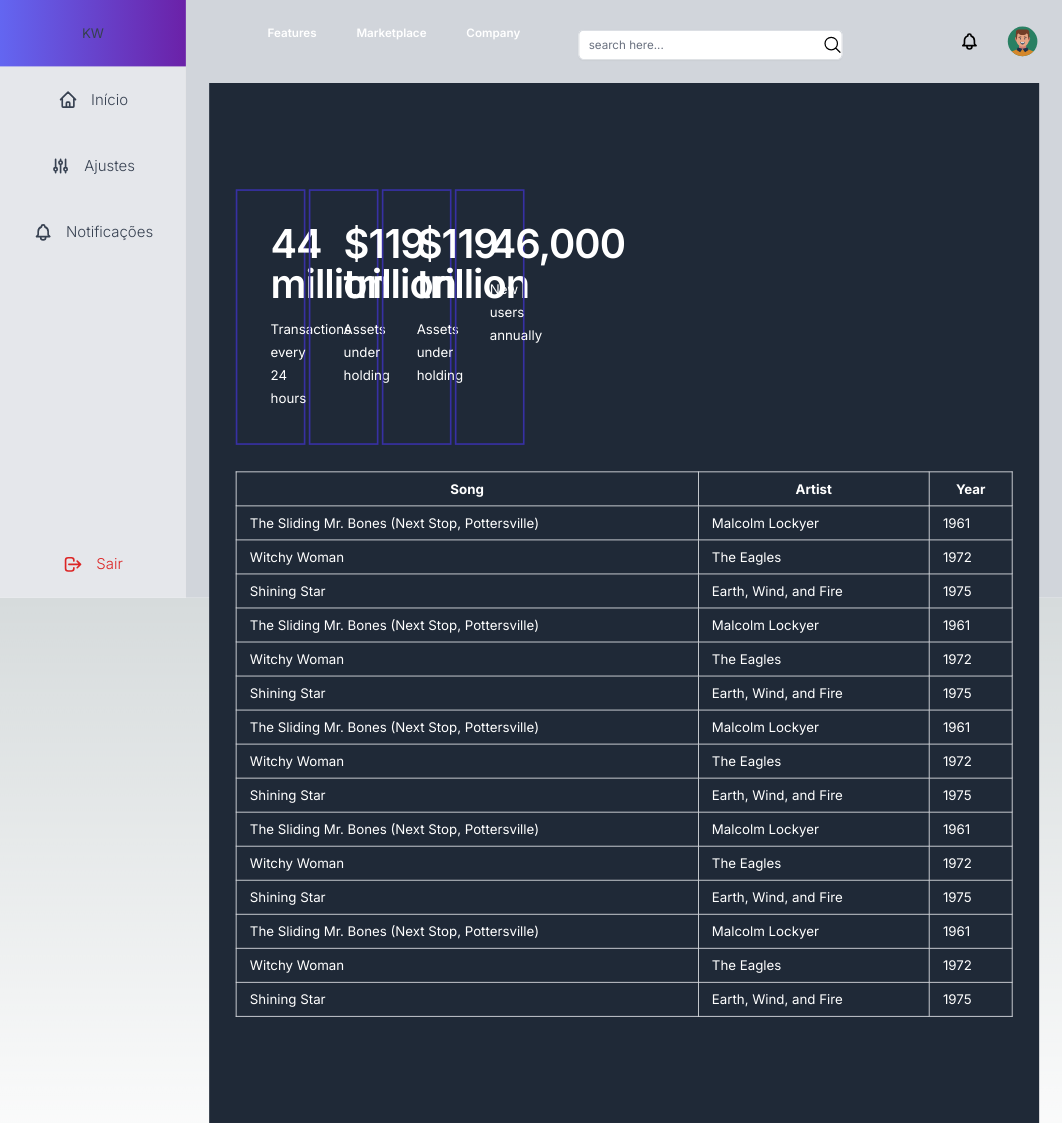
Repository: KennedyWanderson/AdminDashboard
Page: / (app in Code/admindashboard/)
The author's editor kept a copy of each file at every save. The page is drawn from the files as they stood at one save, then again after the next save.
The browser window is 1280 px wide. The pictures show the whole page, at 83% of full size.
The project was rebuilt for these pictures with package versions that can differ from the ones it lists, and the page was loaded fresh each time. The framework's server and built-in components were replaced by stand-ins that run in the browser. Also part of the build but not shown: Code/admindashboard/next.config.mjs.

Above is the page before, as saved 2024-06-23 16:18:22.

### Code/admindashboard/src/app/layout.js
import { Inter } from "next/font/google";
import "./globals.css";

const inter = Inter({ subsets: ["latin"] });

export const metadata = {
  title: "Admin Dashboard",
  description: "Generated by Kennedy Wanderson",
};

export default function RootLayout({ children }) {
  return (
    <html lang="en">
      <body className={inter.className}>{children}</body>
    </html>
  );
}

### Code/admindashboard/src/app/page.js
import Layout from "@/components/Layout";

export default function Home() {
  return (
    <Layout>
      Content
    </Layout>
  )
}

### Code/admindashboard/src/components/Layout.jsx
"use client";

import { useState } from "react";
import Content from "./Content";
import Header from "./Header";
import LateralMenu from "./LateralMenu";
import HomePage from "./Home";


export default function Layout() {
    const [activeComponent, setActiveComponent] = useState("HomePage");

    const renderActiveComponent = () => {
        switch (activeComponent) {
            case "HomePage":
                return <HomePage />;
            default:
                return <HomePage />;
        }
    };

    return (
        <div className={`flex h-screen w-screen`}>
            <LateralMenu setActiveComponent={setActiveComponent} />
            <div className={`
                flex flex-col w-full p-7
                bg-gray-300 dark:bg-gray-800
            `}>
                <Header />
                <Content>
                    {renderActiveComponent()}
                </Content>
            </div>
        </div>
    );
}

### Code/admindashboard/src/components/Content.jsx
export default function Content({ children }) {
    return (
        <div className={`
            flex flex-col mt-7
            dark:text-gray-200
        `}>
            {children}
        </div>
    );
}

### Code/admindashboard/src/components/Header.jsx
import AvatarUsuario from "./UserAvatar";
import { IconeSearch, IconeSino } from "./icons";

export default function Header({ titulo, subtitulo }) {


    return (
        <div className={`flex`}>
            <div>
                <h1 className={`
                font-black text-3xl
                text-gray-900 dark:text-gray-100
            `}>
                    {titulo}
                </h1>
                <h2 className={`
                font-light text-sm
                dark:text-gray-300
            `}>
                    {subtitulo}
                </h2>
            </div>
            <header className="flex flex-grow justify-center text-white">
                <nav className=" justify-center" aria-label="Global">

                    <div className="hidden lg:flex lg:gap-x-12">

                        <a href="#" className="text-sm font-semibold leading-6 text-white">Features</a>
                        <a href="#" className="text-sm font-semibold leading-6 text-white">Marketplace</a>
                        <a href="#" className="text-sm font-semibold leading-6 text-white">Company</a>
                    </div>


                </nav>

            </header>
            <div>
                <div className="relative mt-2 rounded-md shadow-sm">
                    <div className="pointer-events-none absolute inset-y-0 left-0 flex items-center pl-3">
                        <span className="text-gray-500 sm:text-sm">search here...</span>
                    </div>
                    <input type="text" name="search" id="search" className="block w-full rounded-md border-0 py-1.5 pl-7 pr-20 text-gray-900 ring-1 ring-inset ring-gray-300 placeholder:text-gray-400 focus:ring-2 focus:ring-inset focus:ring-indigo-600 sm:text-sm sm:leading-6" />
                    <div className="absolute inset-y-0 right-0 flex items-center">
                        {IconeSearch}
                    </div>
                </div>
            </div>

            <div className={`flex flex-grow justify-end items-center gap-8`}>

                {IconeSino}
                <AvatarUsuario />
            </div>
        </div>
    )
}

### Code/admindashboard/src/components/LateralMenu.jsx
"use client";

import MenuItem from "./ItemMenu";
import { IconeAjustes, IconeCasa, IconeSair, IconeSino } from "./icons";

export default function LateralMenu({ setActiveComponent }) {
    return (
        <aside className={`
            flex flex-col items-center
            bg-gray-200 text-gray-700
            dark:bg-gray-900
        `}>
            <div className={`
                flex flex-col items-center justify-center
                bg-gradient-to-r from-indigo-500 to-purple-800
                h-20 w-56
            `}>
                KW
            </div>
            <ul className="flex-grow">
                <MenuItem
                    texto="Início"
                    icone={IconeCasa}
                    onClick={() => setActiveComponent('HomePage')}
                />
                <MenuItem
                    texto="Ajustes"
                    icone={IconeAjustes}
                    onClick={() => setActiveComponent('Ajustes')}
                />
                <MenuItem
                    texto="Notificações"
                    icone={IconeSino}
                    onClick={() => setActiveComponent('Notificacoes')}
                />
            </ul>
            <ul>
                <MenuItem
                    texto="Sair"
                    icone={IconeSair}
                    className={`
                        text-red-600 dark:text-red-400
                        hover:bg-red-400 hover:text-white
                        dark:hover:text-white
                    `}
                />
            </ul>
        </aside>
    );
}

### Code/admindashboard/src/components/Home.jsx
export default function HomePage() {
    return (
        <div className="py-24 sm:py-32 bg-gray-800">
            <div className="mx-auto max-w-7xl px-6 lg:px-8">
                <dl className="grid grid-cols-1 gap-x-8 gap-y-16 text-center w-80 lg:grid-cols-4">
                    <div className="mx-auto flex max-w-xs flex-col w-full border-2 p-10 border-indigo-800 gap-y-4">
                        <dt className="text-base leading-7 text-white">Transactions every 24 hours</dt>
                        <dd className="order-first text-3xl font-semibold tracking-tight text-white sm:text-5xl">44 million</dd>
                    </div>
                    <div className="mx-auto flex max-w-xs flex-col w-full border-2 p-10 border-indigo-800 gap-y-4">
                        <dt className="text-base leading-7 text-white">Assets under holding</dt>
                        <dd className="order-first text-3xl font-semibold tracking-tight text-white sm:text-5xl">$119 trillion</dd>
                    </div>
                    <div className="mx-auto flex max-w-xs flex-col w-full border-2 p-10 border-indigo-800 gap-y-4">
                        <dt className="text-base leading-7 text-white">Assets under holding</dt>
                        <dd className="order-first text-3xl font-semibold tracking-tight text-white sm:text-5xl">$119 trillion</dd>
                    </div>
                    <div className="mx-auto flex max-w-xs flex-col w-full border-2 p-10 border-indigo-800 gap-y-4">
                        <dt className="text-base leading-7 text-white">New users annually</dt>
                        <dd className="order-first text-3xl font-semibold tracking-tight text-white sm:text-5xl">46,000</dd>
                    </div>
                </dl>

                <table className="table-auto w-full mt-8 text-white">
                    <thead>
                        <tr className="">
                            <th className="px-4 py-2 border">Song</th>
                            <th className="px-4 py-2 border">Artist</th>
                            <th className="px-4 py-2 border">Year</th>
                        </tr>
                    </thead>
                    <tbody>
                        <tr className="">
                            <td className="px-4 py-2 border">The Sliding Mr. Bones (Next Stop, Pottersville)</td>
                            <td className="px-4 py-2 border">Malcolm Lockyer</td>
                            <td className="px-4 py-2 border">1961</td>
                        </tr>
                        <tr className="">
                            <td className="px-4 py-2 border">Witchy Woman</td>
                            <td className="px-4 py-2 border">The Eagles</td>
                            <td className="px-4 py-2 border">1972</td>
                        </tr>
                        <tr className="">
                            <td className="px-4 py-2 border">Shining Star</td>
                            <td className="px-4 py-2 border">Earth, Wind, and Fire</td>
                            <td className="px-4 py-2 border">1975</td>
                        </tr>
                        <tr className="">
                            <td className="px-4 py-2 border">The Sliding Mr. Bones (Next Stop, Pottersville)</td>
                            <td className="px-4 py-2 border">Malcolm Lockyer</td>
                            <td className="px-4 py-2 border">1961</td>
                        </tr>
                        <tr className="">
                            <td className="px-4 py-2 border">Witchy Woman</td>
                            <td className="px-4 py-2 border">The Eagles</td>
                            <td className="px-4 py-2 border">1972</td>
                        </tr>
                        <tr className="">
                            <td className="px-4 py-2 border">Shining Star</td>
                            <td className="px-4 py-2 border">Earth, Wind, and Fire</td>
                            <td className="px-4 py-2 border">1975</td>
                        </tr>
                        <tr className="">
                            <td className="px-4 py-2 border">The Sliding Mr. Bones (Next Stop, Pottersville)</td>
                            <td className="px-4 py-2 border">Malcolm Lockyer</td>
                            <td className="px-4 py-2 border">1961</td>
                        </tr>
                        <tr className="">
                            <td className="px-4 py-2 border">Witchy Woman</td>
                            <td className="px-4 py-2 border">The Eagles</td>
                            <td className="px-4 py-2 border">1972</td>
                        </tr>
                        <tr className="">
                            <td className="px-4 py-2 border">Shining Star</td>
                            <td className="px-4 py-2 border">Earth, Wind, and Fire</td>
                            <td className="px-4 py-2 border">1975</td>
                        </tr>
                        <tr className="">
                            <td className="px-4 py-2 border">The Sliding Mr. Bones (Next Stop, Pottersville)</td>
                            <td className="px-4 py-2 border">Malcolm Lockyer</td>
                            <td className="px-4 py-2 border">1961</td>
                        </tr>
                        <tr className="">
                            <td className="px-4 py-2 border">Witchy Woman</td>
                            <td className="px-4 py-2 border">The Eagles</td>
                            <td className="px-4 py-2 border">1972</td>
                        </tr>
                        <tr className="">
                            <td className="px-4 py-2 border">Shining Star</td>
                            <td className="px-4 py-2 border">Earth, Wind, and Fire</td>
                            <td className="px-4 py-2 border">1975</td>
                        </tr>
                        <tr className="">
                            <td className="px-4 py-2 border">The Sliding Mr. Bones (Next Stop, Pottersville)</td>
                            <td className="px-4 py-2 border">Malcolm Lockyer</td>
                            <td className="px-4 py-2 border">1961</td>
                        </tr>
                        <tr className="">
                            <td className="px-4 py-2 border">Witchy Woman</td>
                            <td className="px-4 py-2 border">The Eagles</td>
                            <td className="px-4 py-2 border">1972</td>
                        </tr>
                        <tr className="">
                            <td className="px-4 py-2 border">Shining Star</td>
                            <td className="px-4 py-2 border">Earth, Wind, and Fire</td>
                            <td className="px-4 py-2 border">1975</td>
                        </tr>

                    </tbody>
                </table>
            </div>
        </div>
    )
}

### Code/admindashboard/src/components/UserAvatar.jsx


export default function AvatarUsuario({className}) {
    return (
            <img
                src={'/images/avatar.svg'}
                alt="Avatar do Usuário"
                className={`
                    h-10 w-10 rounded-full cursor-pointer
                    ${className}
                `}
            />

    )
}

### Code/admindashboard/src/components/icons/index.jsx
// Pra mais icones acessar... https://heroicons.com/

export const IconeSearch = (
    <svg xmlns="http://www.w3.org/2000/svg" fill="none" viewBox="0 0 24 24" strokeWidth={1.5} stroke="currentColor" className="size-6">
  <path strokeLinecap="round" strokeLinejoin="round" d="m21 21-5.197-5.197m0 0A7.5 7.5 0 1 0 5.196 5.196a7.5 7.5 0 0 0 10.607 10.607Z" />
</svg>


)

export const IconeCasa = (
    <svg xmlns="http://www.w3.org/2000/svg" className="h-6 w-6" fill="none" viewBox="0 0 24 24" stroke="currentColor">
        <path strokeLinecap="round" strokeLinejoin="round" strokeWidth={2} d="M3 12l2-2m0 0l7-7 7 7M5 10v10a1 1 0 001 1h3m10-11l2 2m-2-2v10a1 1 0 01-1 1h-3m-6 0a1 1 0 001-1v-4a1 1 0 011-1h2a1 1 0 011 1v4a1 1 0 001 1m-6 0h6" />
    </svg>
)

export const IconeAjustes = (
    <svg xmlns="http://www.w3.org/2000/svg" className="h-6 w-6" fill="none" viewBox="0 0 24 24" stroke="currentColor">
        <path strokeLinecap="round" strokeLinejoin="round" strokeWidth={2} d="M12 6V4m0 2a2 2 0 100 4m0-4a2 2 0 110 4m-6 8a2 2 0 100-4m0 4a2 2 0 110-4m0 4v2m0-6V4m6 6v10m6-2a2 2 0 100-4m0 4a2 2 0 110-4m0 4v2m0-6V4" />
    </svg>
)

export const IconeSino = (
    <svg xmlns="http://www.w3.org/2000/svg" className="h-6 w-6" fill="none" viewBox="0 0 24 24" stroke="currentColor">
        <path strokeLinecap="round" strokeLinejoin="round" strokeWidth={2} d="M15 17h5l-1.405-1.405A2.032 2.032 0 0118 14.158V11a6.002 6.002 0 00-4-5.659V5a2 2 0 10-4 0v.341C7.67 6.165 6 8.388 6 11v3.159c0 .538-.214 1.055-.595 1.436L4 17h5m6 0v1a3 3 0 11-6 0v-1m6 0H9" />
    </svg>
)

export const IconeSair = (
    <svg xmlns="http://www.w3.org/2000/svg" className="h-6 w-6" fill="none" viewBox="0 0 24 24" stroke="currentColor">
        <path strokeLinecap="round" strokeLinejoin="round" strokeWidth={2} d="M17 16l4-4m0 0l-4-4m4 4H7m6 4v1a3 3 0 01-3 3H6a3 3 0 01-3-3V7a3 3 0 013-3h4a3 3 0 013 3v1" />
    </svg>
)

export const IconeSol = (tamanho = 6) => (
    <svg xmlns="http://www.w3.org/2000/svg" className={`h-${tamanho} w-${tamanho}`} fill="none" viewBox="0 0 24 24" stroke="currentColor">
        <path strokeLinecap="round" strokeLinejoin="round" strokeWidth={2} d="M12 3v1m0 16v1m9-9h-1M4 12H3m15.364 6.364l-.707-.707M6.343 6.343l-.707-.707m12.728 0l-.707.707M6.343 17.657l-.707.707M16 12a4 4 0 11-8 0 4 4 0 018 0z" />
    </svg>
)

export const IconeLua = (tamanho = 6) => (
    <svg xmlns="http://www.w3.org/2000/svg" className={`h-${tamanho} w-${tamanho}`} fill="none" viewBox="0 0 24 24" stroke="currentColor">
        <path strokeLinecap="round" strokeLinejoin="round" strokeWidth={2} d="M20.354 15.354A9 9 0 018.646 3.646 9.003 9.003 0 0012 21a9.003 9.003 0 008.354-5.646z" />
    </svg>
)

export const IconeAtencao = (tamanho = 1) => (
    <svg xmlns="http://www.w3.org/2000/svg" className={`h-${tamanho} w-${tamanho}`} fill="none" viewBox="0 0 24 24" stroke="currentColor">
        <path strokeLinecap="round" strokeLinejoin="round" strokeWidth={2} d="M12 9v2m0 4h.01m-6.938 4h13.856c1.54 0 2.502-1.667 1.732-3L13.732 4c-.77-1.333-2.694-1.333-3.464 0L3.34 16c-.77 1.333.192 3 1.732 3z" />
    </svg>
)

### Code/admindashboard/src/components/ItemMenu.jsx

export default function MenuItem({ texto, icone, url, className, onClick }) {
    function renderizarLink() {
        return (
            <div className={`
                flex justify-center items-center
                h-20 w-56 gap-4
                dark:text-gray-200
                ${className}
            `}>
                {icone}
                <span className="text-lg font-light">
                    {texto}
                </span>
            </div>
        );
    }

    return (
        <li
            onClick={onClick}
            className={`
                hover:bg-gray-100 dark:hover:bg-gray-800
                cursor-pointer
            `}
        >
            {url ? (
                <a href={url}>
                    {renderizarLink()}
                </a>
            ) : (
                renderizarLink()
            )}
        </li>
    );
}

Loaded but not shown: Code/admindashboard/src/app/globals.css (common file); Code/admindashboard/tailwind.config.js (common file)

After the next save:
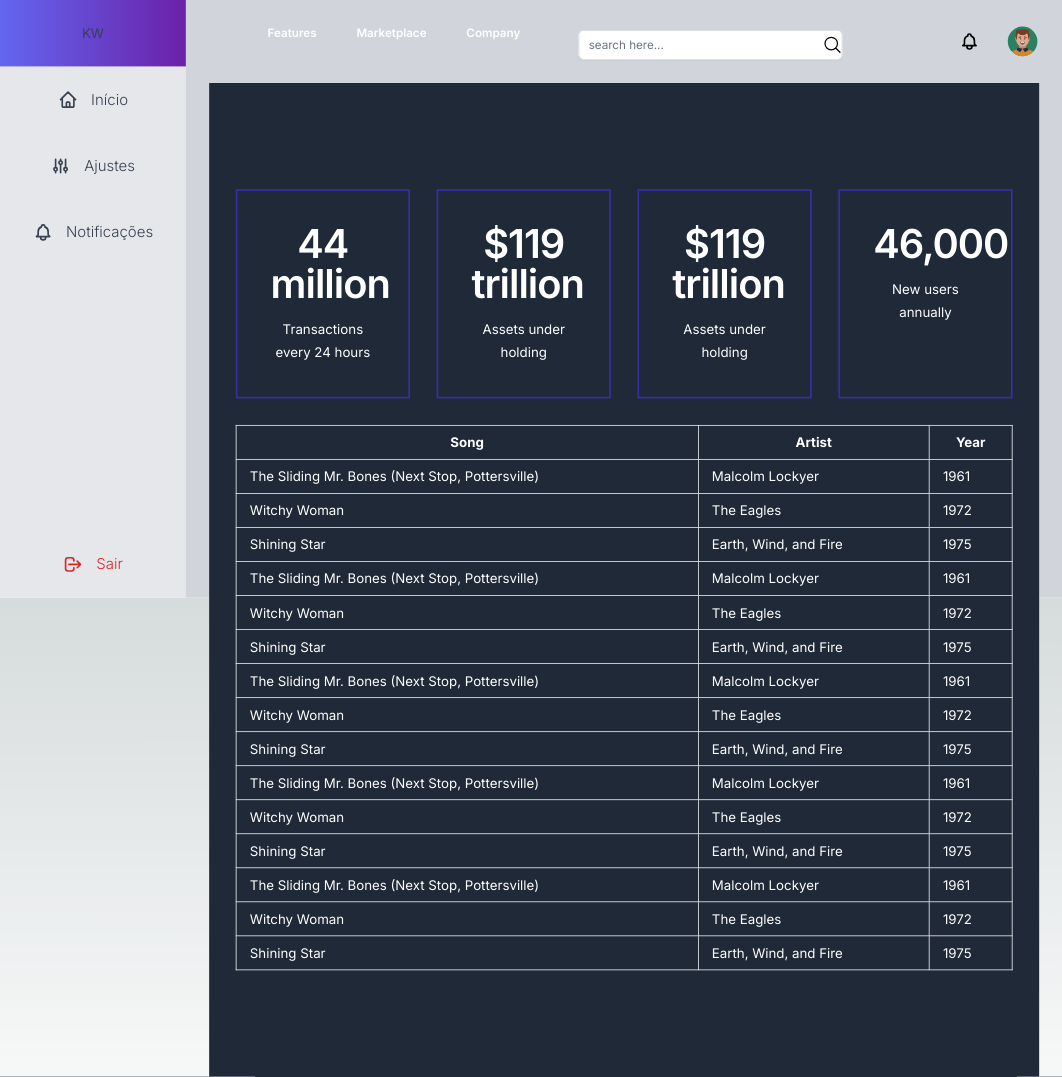
Saved 8 s later.
--- a/Code/admindashboard/src/components/Home.jsx
+++ b/Code/admindashboard/src/components/Home.jsx
@@ -2,7 +2,7 @@ export default function HomePage() {
     return (
         <div className="py-24 sm:py-32 bg-gray-800">
             <div className="mx-auto max-w-7xl px-6 lg:px-8">
-                <dl className="grid grid-cols-1 gap-x-8 gap-y-16 text-center w-80 lg:grid-cols-4">
+                <dl className="grid grid-cols-1 gap-x-8 gap-y-16 text-center lg:grid-cols-4">
                     <div className="mx-auto flex max-w-xs flex-col w-full border-2 p-10 border-indigo-800 gap-y-4">
                         <dt className="text-base leading-7 text-white">Transactions every 24 hours</dt>
                         <dd className="order-first text-3xl font-semibold tracking-tight text-white sm:text-5xl">44 million</dd>
